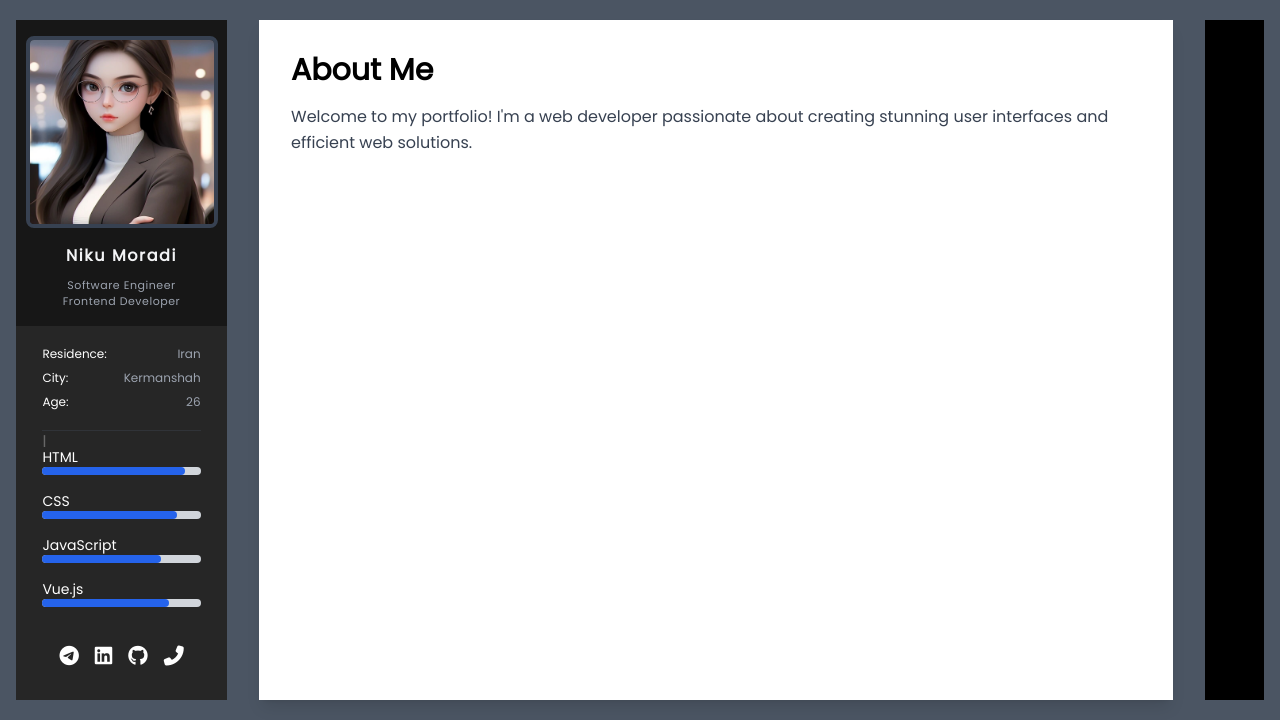
Repository: NikuMoradi/niku-moradi
Page: /
The author's editor kept a copy of each file at every save. The page is drawn from the files as they stood at one save, then again after the next save.
The browser window is 1280 px wide. The pictures show the whole page.
The project was rebuilt for these pictures with package versions that can differ from the ones it lists, and the page was loaded fresh each time. The framework's server and built-in components were replaced by stand-ins that run in the browser. Also part of the build but not shown: nuxt.config.ts, components/Blog Posts/Component-Design.vue, components/Blog.vue, components/Contact.vue, components/Education.vue, components/Experience.vue, components/Hero.vue, components/Menu.vue and 3 more.

Above is the page before, as saved 2024-11-29 11:38:06.

After the next save:
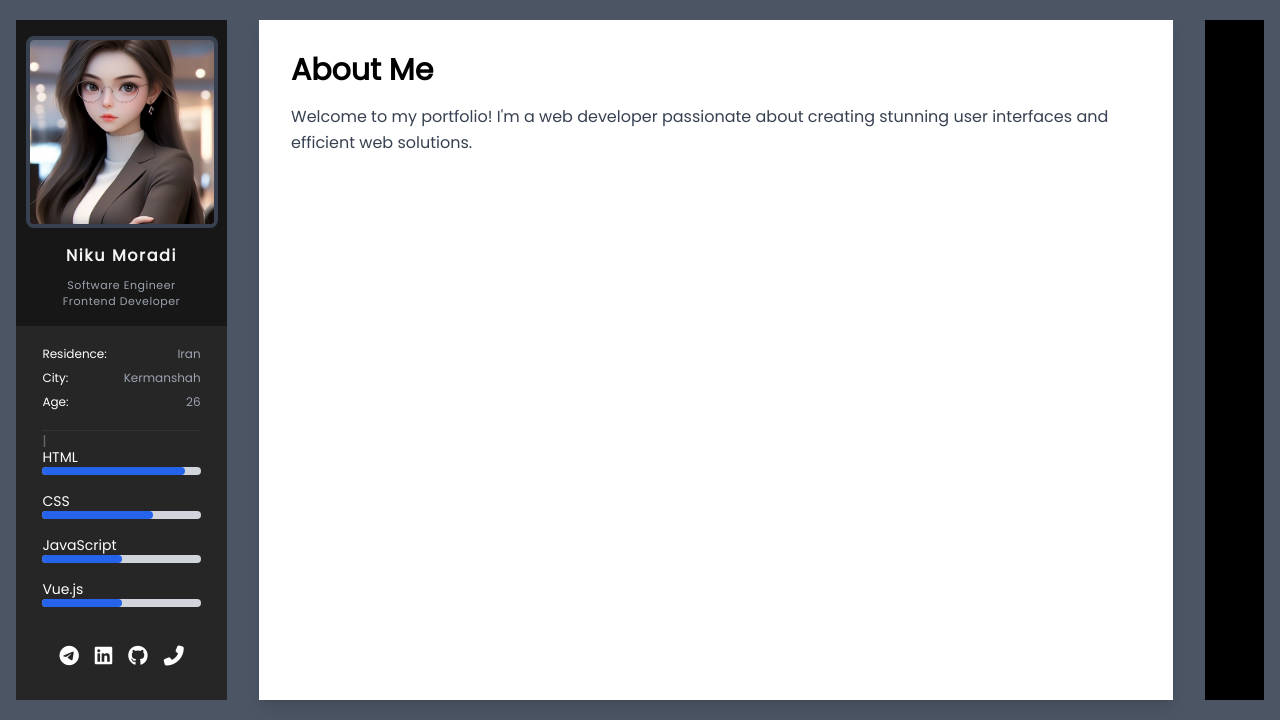
Saved 2 min 51 s later.
--- a/components/LeftPanel.vue
+++ b/components/LeftPanel.vue
@@ -60,49 +60,43 @@
         <div>
           <label class="block text-sm">CSS</label>
           <div class="w-full bg-gray-300 h-2 rounded-full">
-            <div class="bg-blue-600 h-2 rounded-full" style="width: 85%"></div>
+            <div class="bg-blue-600 h-2 rounded-full w-[70%]"></div>
           </div>
         </div>
         <div>
           <label class="block text-sm">JavaScript</label>
           <div class="w-full bg-gray-300 h-2 rounded-full">
-            <div class="bg-blue-600 h-2 rounded-full" style="width: 75%"></div>
+            <div class="bg-blue-600 h-2 rounded-full w-[50%]"></div>
           </div>
         </div>
         <div>
           <label class="block text-sm">Vue.js</label>
           <div class="w-full bg-gray-300 h-2 rounded-full">
-            <div class="bg-blue-600 h-2 rounded-full" style="width: 80%"></div>
+            <div class="bg-blue-600 h-2 rounded-full w-[50%]"></div>
           </div>
         </div>
         <div>
           <label class="block text-sm">Nuxt.js</label>
           <div class="w-full bg-gray-300 h-2 rounded-full">
-            <div class="bg-blue-600 h-2 rounded-full" style="width: 70%"></div>
+            <div class="bg-blue-600 h-2 rounded-full w-[40%]"></div>
           </div>
         </div>
         <div>
           <label class="block text-sm">Quasar</label>
           <div class="w-full bg-gray-300 h-2 rounded-full">
-            <div class="bg-blue-600 h-2 rounded-full" style="width: 65%"></div>
+            <div class="bg-blue-600 h-2 rounded-full w-[70%]"></div>
           </div>
         </div>
         <div>
           <label class="block text-sm">Tailwind</label>
           <div class="w-full bg-gray-300 h-2 rounded-full">
-            <div class="bg-blue-600 h-2 rounded-full" style="width: 80%"></div>
+            <div class="bg-blue-600 h-2 rounded-full w-[60%]"></div>
           </div>
         </div>
         <div>
           <label class="block text-sm">Git</label>
           <div class="w-full bg-gray-300 h-2 rounded-full">
-            <div class="bg-blue-600 h-2 rounded-full" style="width: 85%"></div>
-          </div>
-        </div>
-        <div>
-          <label class="block text-sm">Vite</label>
-          <div class="w-full bg-gray-300 h-2 rounded-full">
-            <div class="bg-blue-600 h-2 rounded-full" style="width: 70%"></div>
+            <div class="bg-blue-600 h-2 rounded-full w-[40%]"></div>
           </div>
         </div>
       </div>
